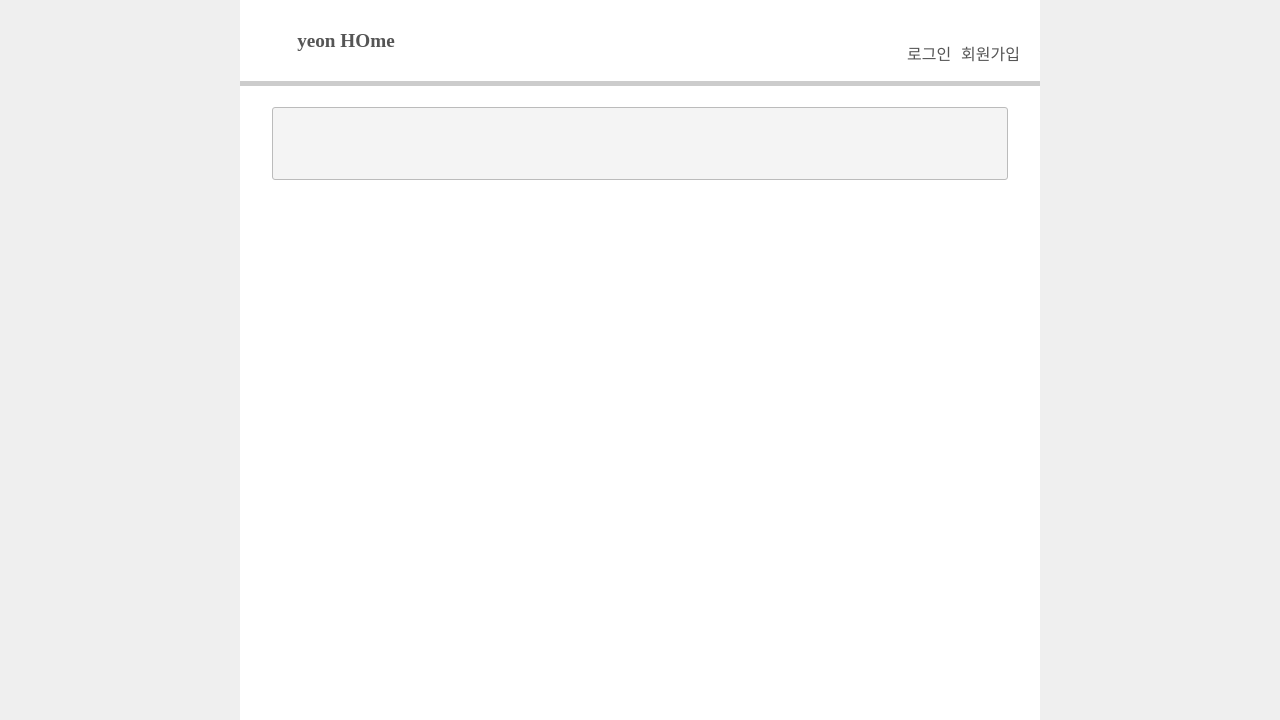
Repository: yeonhwa323/webPro
Page: webPro/src/main/webapp/javascript/days08/ex07.html
An editor plug-in stored every save of this project. The page is shown before and after the next save, followed by the edit.
The browser window is 1280 px wide. The pictures show the whole page.
Some web fonts or font styles are not loaded; a fallback is used.

Above is the page before, as saved 2024-04-16 03:21:10.

After the next save:
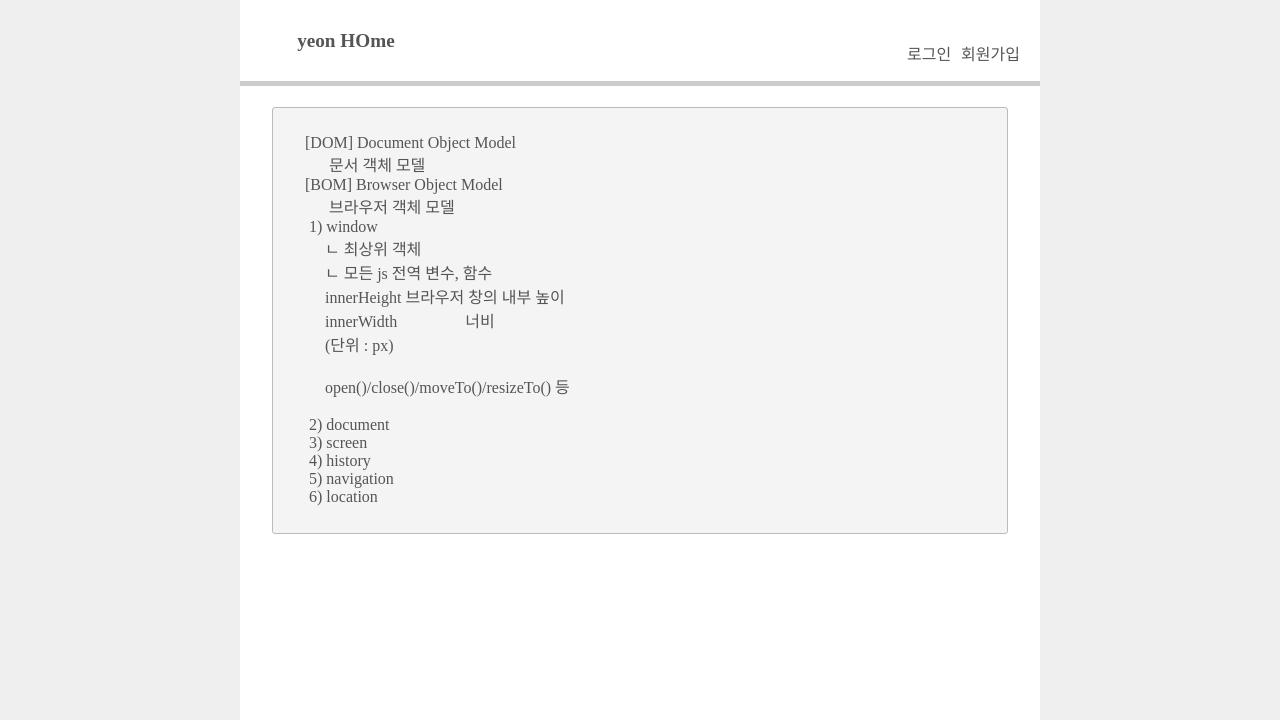
Saved 3 min 49 s later.
--- a/webPro/src/main/webapp/javascript/days08/ex07.html
+++ b/webPro/src/main/webapp/javascript/days08/ex07.html
@@ -24,7 +24,24 @@
 </header>
 <div>
   <xmp class="code">
+    [DOM] Document Object Model
+    	  문서 객체 모델
+    [BOM] Browser Object Model
+    	  브라우저 객체 모델
+     1) window
+     	 ㄴ 최상위 객체
+     	 ㄴ 모든 js 전역 변수, 함수
+     	 innerHeight 브라우저 창의 내부 높이
+     	 innerWidth                 너비
+     	 (단위 : px)
 
+     	 open()/close()/moveTo()/resizeTo() 등
+
+     2) document
+     3) screen
+     4) history
+     5) navigation
+     6) location
   </xmp>
 </div>
 </body>
